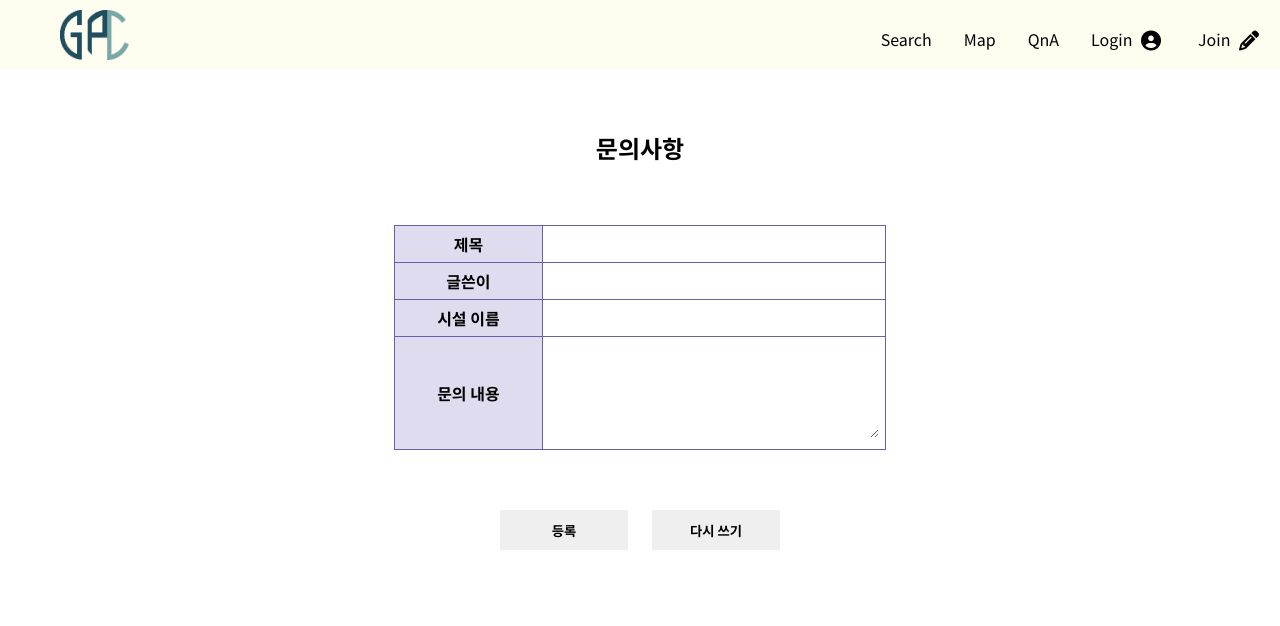
Repository: Eungyeol41/Sports_Project
Page: http://localhost/Sport/WEB-INF/views/qna/write.jsp
These files come from the project's save history. The page is drawn as it stood at one moment and after the next save; the edit follows.
The browser window is 1280 px wide. The pictures show the whole page.
Some web libraries are served in a nearby version. The page is served by Tomcat 9. Nobody is signed in. Other server files are loaded and not shown. The template is opened directly, without the code that normally fills it, so the values that code supplies are empty.

Above is the page before, as saved 2021-07-06 07:07:56.

### Sport/src/main/webapp/WEB-INF/views/qna/write.jsp
<%@ page language="java" contentType="text/html; charset=UTF-8"
	pageEncoding="UTF-8"%>
<%@ taglib uri="http://java.sun.com/jsp/jstl/core" prefix="c"%>
<c:set var="rootPath" value="${pageContext.request.contextPath}" />
<!DOCTYPE html>
<html>
<head>
<meta charset="UTF-8">
<meta http-equiv="X-UA-Compatible" content="IE=edge">
<meta name="viewport" content="width=device-width, initial-scale=1.0">
<title>1 : 1 문의하기</title>
<link rel="preconnect" href="https://fonts.gstatic.com" />
<link
	href="https://fonts.googleapis.com/css2?family=Noto+Sans+KR&display=swap"
	rel="stylesheet" />
<script src="https://kit.fontawesome.com/ce0a08be66.js"
	crossorigin="anonymous"></script>
<style>
* {
	box-sizing: border-box;
	margin: 0;
	padding: 0%;
}

form {
	width: 80%;
	margin: auto;
}

div {
	margin: 20px auto;
	padding: 10px 0 30px 0;
}

div.table {
	width: 80%;
}

div.h2, div.table, div.button {
	display: flex;
	justify-content: center;
}

table, tr, th {
	border: 1px solid #6a60a9;
	border-collapse: collapse;
	text-align: center;
	padding: 6px;
}

table, tr {
	width: 60%;
}

th.sec1 {
	background-color: #dedcee;
}

input, textarea {
	border: none;
	outline: none;
	width: 100%;
}

button {
	border: none;
	width: 10%;
	height: 40px;
	font-weight: bold;
	margin-left: 12px;
	margin-right: 12px;
}

button:hover {
	background-color: #dedcee;
	cursor: pointer;
}
</style>
<body>
	<%@ include file="/WEB-INF/views/include/header.jspf"%>
	<div>
		<div class="h2">
			<h2>문의사항</h2>
		</div>
		<form method="POST">
			<div class="table">
				<table>
					<tr>
						<th class="sec1">제목</th>
						<th><input type="text"></th>
					</tr>
					<tr>
						<th class="sec1">글쓴이</th>
						<th><input type="text"></th>
					</tr>
					<tr>
						<th class="sec1">시설 이름</th>
						<th><input type="text"></th>
					</tr>
					<tr>
						<th class="sec1">문의 내용</th>
						<th><textarea rows="5"></textarea></th>
					</tr>
				</table>
			</div>
		</form>
		<div class="button">
			<button id="enter" type="submit">등록</button>
			<button id="reset" type="reset">다시 쓰기</button>
		</div>
	</div>

</body>
<script>
document.querySelector("button#enter").addEventListener("click", (e) => {
	location.href="${rootPath}/qna/list"
})
</script>
</html>

### Sport/src/main/webapp/WEB-INF/views/include/header.jspf
<%@ page language="java" contentType="text/html; charset=UTF-8"
	pageEncoding="UTF-8"%>
<%@ taglib uri="http://java.sun.com/jsp/jstl/core" prefix="c"%>
<c:set var="rootPath" value="${pageContext.request.contextPath}" />
<link href="${rootPath}/static/css/menu_nav.css?ver=2021-07-21-001"
	rel="stylesheet" />
<link rel="preconnect" href="https://fonts.gstatic.com" />
<meta name="viewport" content="width=device-width, initial-scale=1.0" />
<script src="https://kit.fontawesome.com/ce0a08be66.js"
	crossorigin="anonymous"></script>
<header>
	<nav id="main_nav">
		<img src="${rootPath}/static/images/logo.png" />
		<ul>
			<li id="search">Search</li>
			<li id="map">Map</li>
			<li id="qna">QnA</li>

			<c:if test="${empty USER}">
				<li id="login">Login <i class="fas fa-user-circle fa-lg"></i></li>
				<li id="join">Join <i class="fas fa-pencil-alt fa-lg"></i></li>

			</c:if>
			<c:if test="${not empty USER}">
				<li id="mypage">${USER.user_id}님,반갑습니다</li>
				<li id="logout">LogOut</li>
			</c:if>
		</ul>
	</nav>
</header>
<script>
	const nav = document.querySelector("nav#main_nav");

	nav.addEventListener("click", (e)=> {

		let tagName = e.target.tagName;
		let menuId = e.target.id;

		if(tagName === "IMG") {
			location.href = "${rootPath}/"
		}

		if(tagName === "LI") {

			if (menuId === "search") {
				location.href = "${rootPath}/search";
			} else if(menuId === "map") {
				location.href = "${rootPath}/map";
			} else if(menuId === "qna") {
				location.href = "${rootPath}/qna";
			} else if(menuId === "login") {
				location.href = "${rootPath}/user/login";
			} else if(menuId === "join") {
				location.href = "${rootPath}/user/join";
			} else if(menuId === "logout") {
				location.href = "${rootPath}/user/logout";
			} else if(menuId === "mypage") {
				location.href = "${rootPath}/user/mypage"
			}

		}
	})
</script>

### Sport/src/main/webapp/static/css/menu_nav.css
* {
	box-sizing: border-box;
	margin: 0;
	padding: 0;
	font-family: "Roboto Condensed", sans-serif;
	font-family: "Noto Sans KR", sans-serif;
	list-style: none;
}

nav#main_nav {
	width: 100%;
	height: 70px;
	background-color: #fffcf0;
	position: relative;
	z-index: 3;
}

nav#main_nav img {
	width: 70px;
	height: 50px;
	margin: 10px 10px 10px 60px;
	position: relative;
	z-index: 10;
}

nav#main_nav ul {
	display: flex;
	position: relative;
	/* right: 0; */
	top: -60px;
}

nav#main_nav li {
	padding: 20px 32px 33px 3px;
	color: rgb(0, 0, 0);
	border-bottom: 3px solid transparent;
	padding: 12px 16px 20px;
}

nav#main_nav li:nth-of-type(1) {
	margin-left: auto;
}

nav#main_nav li:hover {
	cursor: pointer;
	border-bottom: 3px solid #dedcee;
}

nav#sub_nav ul#mypage {
	margin-left: auto;
	margin-right: 10%;
}

nav#sub_nav {
	display: flex;
}

nav#sub_nav li {
	padding: 12px 16px;
	position: relative;
}

nav#sub_nav li:hover::after {
	content: "";
	position: absolute;
	left: 0;
	top: 0;
	bottom: 2px;
	right: 0;
	border-bottom: 3px solid #dedcee;
}

nav#sub_nav {
	visibility: hidden;
	height: 0;
	opacity: 0;
	transition: ease-out 0.6s;
}

header#nav_box:hover nav#sub_nav {
	visibility: visible;
	height: 100%;
	opacity: 1;
	cursor: pointer;
}

nav#main_nav i {
	padding: 5px;
}

After the next save:
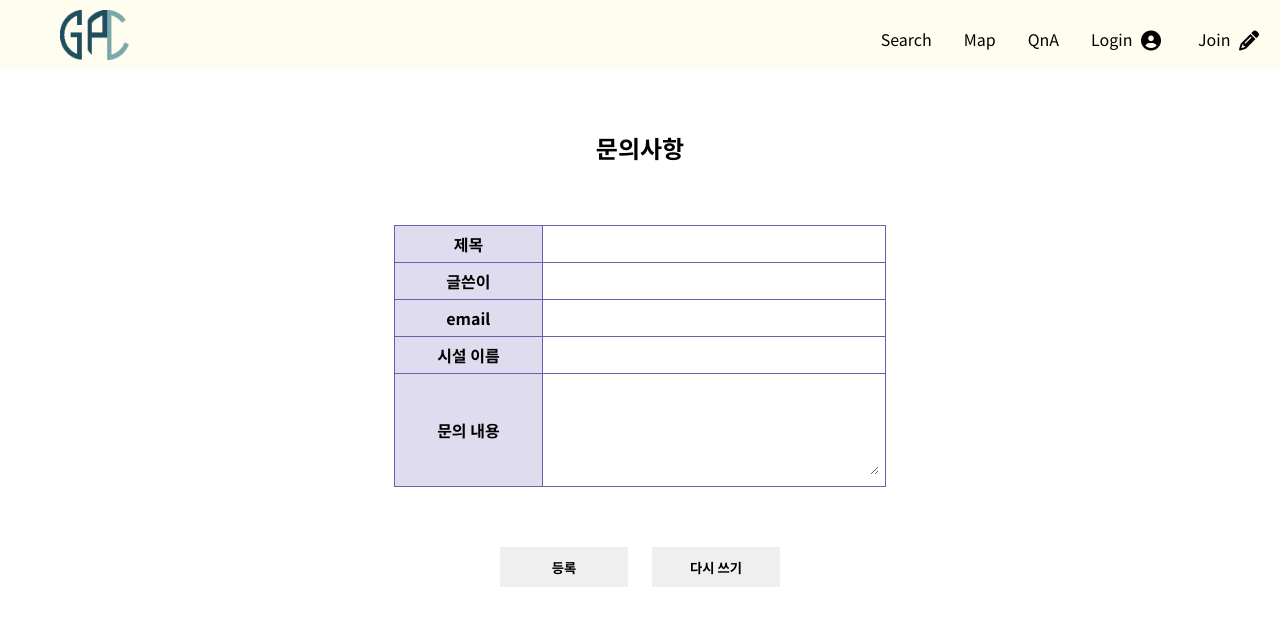
Saved 3 min 54 s later.
--- a/Sport/src/main/webapp/WEB-INF/views/qna/write.jsp
+++ b/Sport/src/main/webapp/WEB-INF/views/qna/write.jsp
@@ -94,6 +94,10 @@ button:hover {
 						<th><input type="text"></th>
 					</tr>
 					<tr>
+						<th class="sec1">email</th>
+						<th><input type="text"></th>
+					</tr>
+					<tr>
 						<th class="sec1">시설 이름</th>
 						<th><input type="text"></th>
 					</tr>
